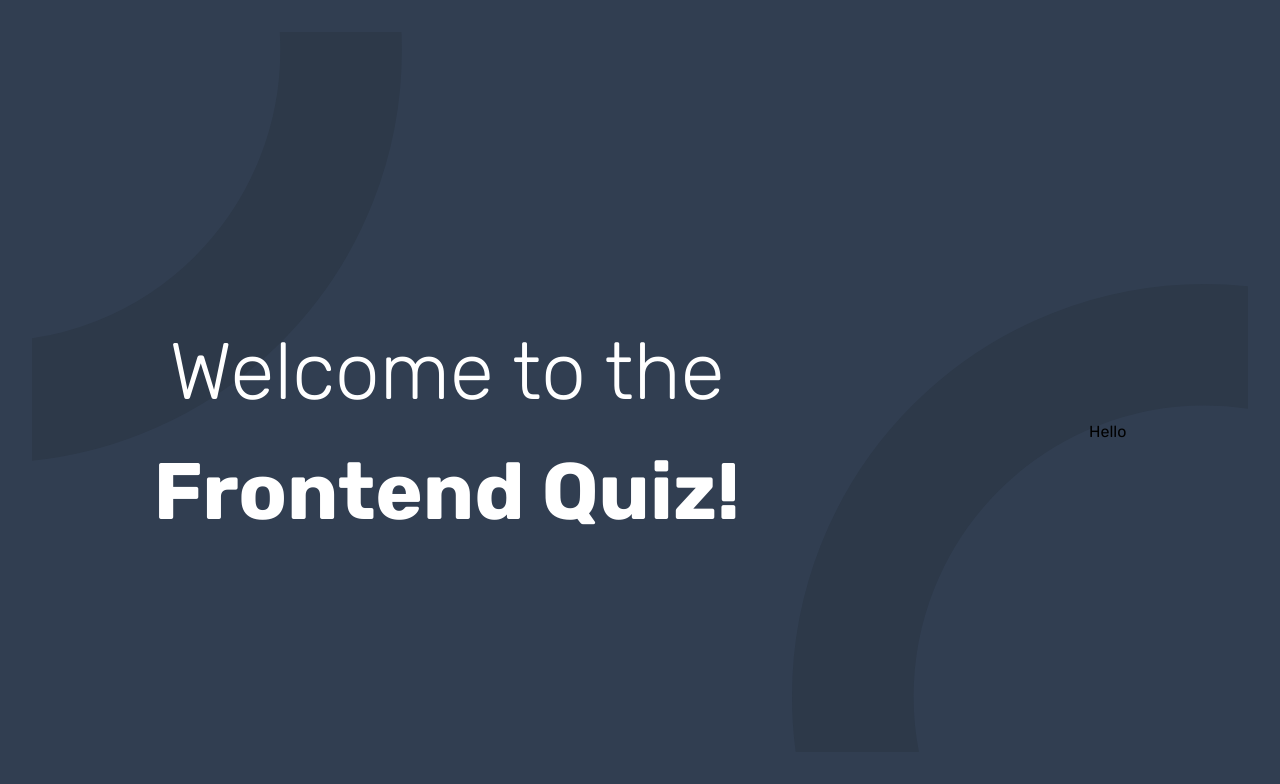
Repository: Shenixo/QuizApp
Page: /
The author's editor kept a copy of each file at every save. The page is drawn from the files as they stood at one save, then again after a run of saves.
The browser window is 1280 px wide. The pictures show the whole page.
The project was rebuilt for these pictures with package versions that can differ from the ones it lists, and the page was loaded fresh each time. Also part of the build but not shown: vite.config.js, src/Components/Navbar/Navbar.jsx.

Above is the page before, as saved 2025-03-31 11:05:23.

### index.html
<!doctype html>
<html lang="en">
  <head>
    <meta charset="UTF-8" />
    <link rel="icon" type="image/svg+xml" href="/vite.svg" />
    <meta name="viewport" content="width=device-width, initial-scale=1.0" />
    <link rel="preconnect" href="https://fonts.googleapis.com">
<link rel="preconnect" href="https://fonts.gstatic.com" crossorigin>
<link href="https://fonts.googleapis.com/css2?family=Rubik:ital,wght@0,300..900;1,300..900&display=swap" rel="stylesheet">
    <title>Quiz App</title>
  </head>
  <body>
    <div id="root"></div>
    <script type="module" src="/src/main.jsx"></script>
  </body>
</html>

### src/index.css
@tailwind base;
@tailwind components;
@tailwind utilities;

*{
    padding: 0;
    margin: 0;
    box-sizing: border-box;
    font-family: "Rubik", sans-serif;
}
body{
    background: #313e51;
    /* background-image: url("pattern-background-desktop-dark.svg"); */
    background-repeat: no-repeat;
    /* background-position: center; */
    /* background-size: cover; */
}

### src/App.jsx
import './App.css'
import Home from './Components/Home/Home'
function App() {
  return (
    <div className="relative min-h-screen  bg-[url('/pattern-background-desktop-dark.svg')] bg-cover bg-center bg-no-repeat w-full">
    <Home/>
    </div>
  )
}

export default App

### src/Components/Home/Home.jsx
import React from "react";
import pattern from "/pattern-background-desktop-dark.svg";
import Navbar from "../Navbar/Navbar";
const Home = () => {
  return (
    <div className="w-[80%] mx-auto placeholder-stone-200 pt-20 flex items-center justify-center h-[100vh]">
      <div className="flex items-center justify-between w-full">
      <div>
        <h1 className="text-white font-thin text-[5rem]">Welcome to the</h1>
        <h1 className="text-white text-[5rem] font-bold">Frontend Quiz!</h1>
      </div>
        <div>
          <h1>Hello</h1>
      </div>

      </div>
    </div>
  );
};

export default Home;

### tailwind.config.js
/** @type {import('tailwindcss').Config} */
export default {
  content: [
    "./index.html",
    "./src/**/*.{js,ts,jsx,tsx}",
  ],
  theme: {
    extend: {
      colors: {
        primary: "#313e51",
      }
    },
  },
  plugins: [],
}

Loaded but not shown: src/main.jsx (common file); src/App.css (common file)

After the next 2 saves:
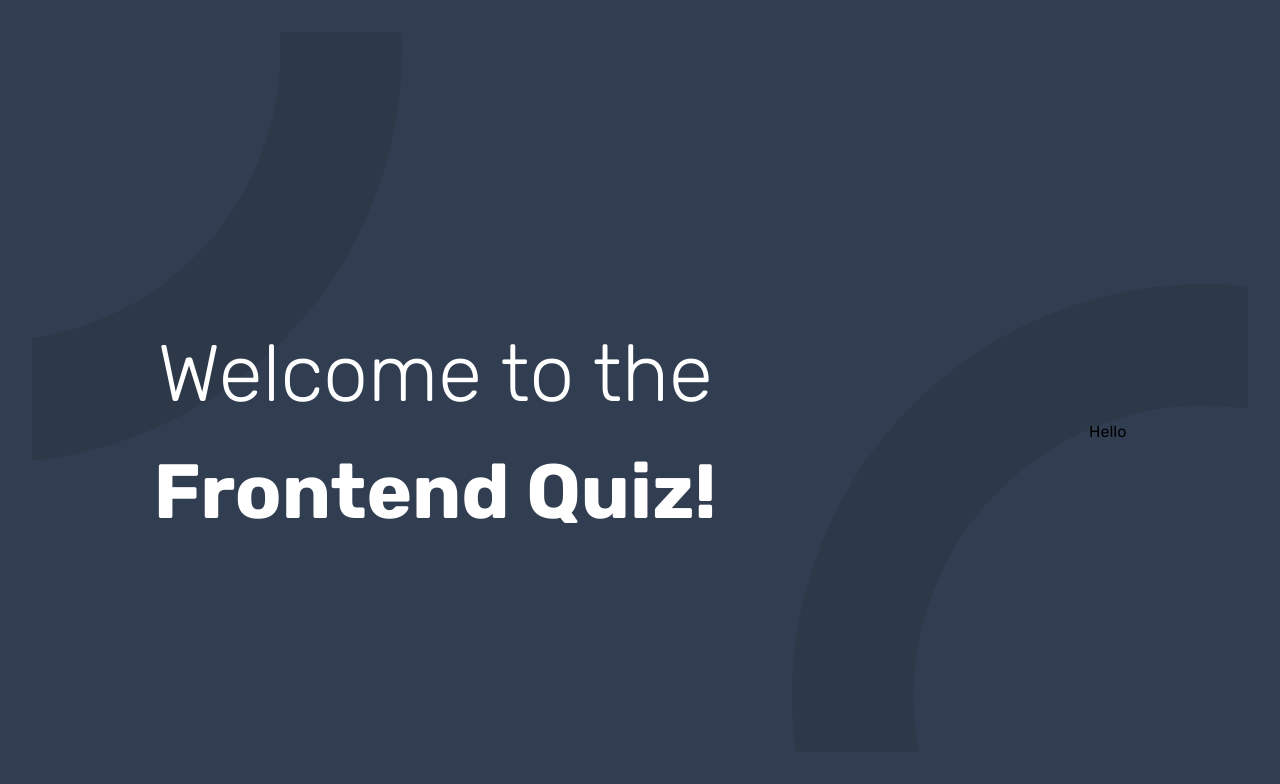
The 2 saves are shown as one change because they came seconds apart.
The last was saved 7 s later.
--- a/src/Components/Home/Home.jsx
+++ b/src/Components/Home/Home.jsx
@@ -7,7 +7,7 @@ const Home = () => {
       <div className="flex items-center justify-between w-full">
       <div>
         <h1 className="text-white font-thin text-[5rem]">Welcome to the</h1>
-        <h1 className="text-white text-[5rem] font-bold">Frontend Quiz!</h1>
+        <h1 className="text-white text-[4.8rem] font-bold">Frontend Quiz!</h1>
       </div>
         <div>
           <h1>Hello</h1>
